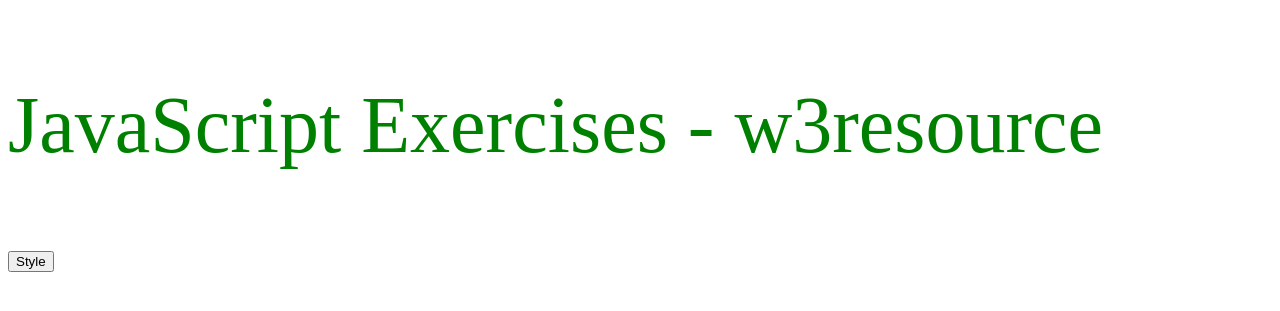
Repository: nnebuchi/stormcell_js_training
Page: dom_manipulation/exercises/task_1/index.html
An editor plug-in stored every save of this project. The page is shown before and after the next save, followed by the edit.
The browser window is 1280 px wide. The pictures show the whole page.
After loading, the first visible `#jsstyle` was clicked once.

Above is the page before, as saved 2023-02-02 22:15:17.

After the next save:
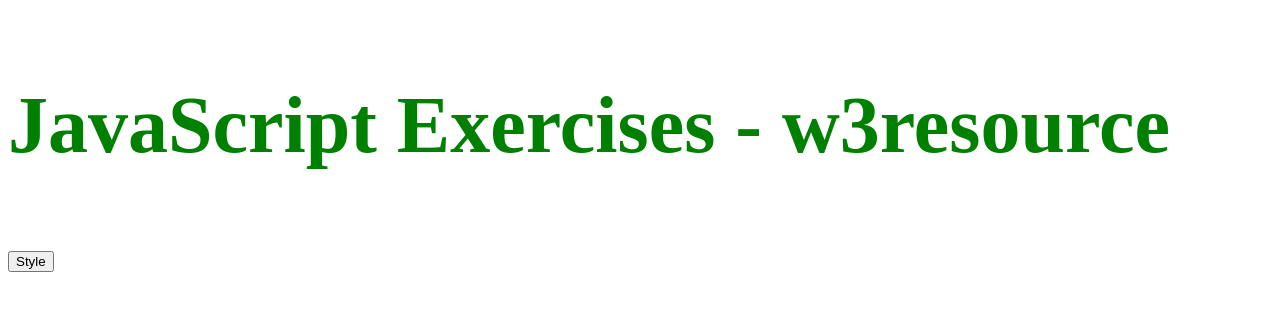
Saved 47 s later.
--- a/dom_manipulation/exercises/task_1/index.html
+++ b/dom_manipulation/exercises/task_1/index.html
@@ -23,6 +23,7 @@
             const runtext = document.querySelector("#text")
             runtext.style.color = "green";
             runtext.style.fontSize = "80px"
+            runtext.style.fontWeight = "bold"
         }
 
     </script>
